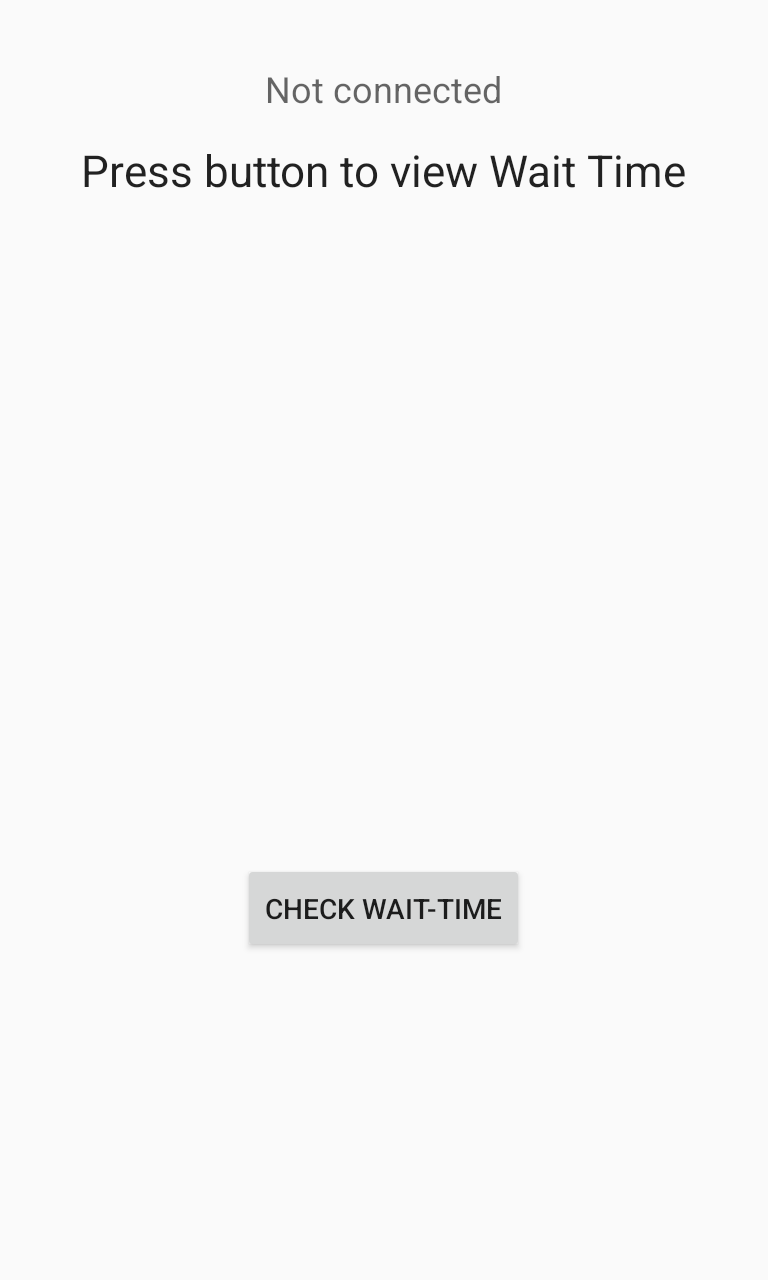
Repository: manasvikaranam/Wait-time-estimation-on-smartphone
Layout: Wait'N'Watch/res/layout/activity_main.xml
These files come from the project's save history. The layout is drawn as it stood at one moment and after the next save; the edit follows.
It is drawn on a 768 x 1280 px phone screen (xhdpi) without system bars, with theme AppTheme; the app's code is not run.

Above is the layout before, as saved 2015-03-03 00:02:13.

### Wait'N'Watch/res/layout/activity_main.xml
<RelativeLayout xmlns:android="http://schemas.android.com/apk/res/android"
    xmlns:tools="http://schemas.android.com/tools"
    android:layout_width="match_parent"
    android:layout_height="match_parent"
    android:paddingBottom="@dimen/activity_vertical_margin"
    android:paddingLeft="@dimen/activity_horizontal_margin"
    android:paddingRight="@dimen/activity_horizontal_margin"
    android:paddingTop="@dimen/activity_vertical_margin"
    tools:context="com.example.waitnwatch.layouts.MainActivity" >
    <Button
        android:id="@+id/checkWaitTime"
        android:layout_width="wrap_content"
        android:layout_height="wrap_content"
        android:layout_alignParentBottom="true"
        android:layout_centerHorizontal="true"
        android:layout_marginBottom="146dp"
        android:text="@string/checkWaitTime"
        android:onClick="checkWaitTime" />

    <TextView
        android:id="@+id/waitTimeView"
        android:layout_width="wrap_content"
        android:layout_height="wrap_content"
        android:layout_below="@+id/textView1"
        android:layout_centerHorizontal="true"
        android:layout_marginTop="54dp"
        android:text="@string/waitTimeView"
        android:textAppearance="?android:attr/textAppearanceLarge" />

    <TextView
        android:id="@+id/status"
        android:layout_width="wrap_content"
        android:layout_height="wrap_content"
        android:layout_alignParentTop="true"
        android:layout_centerHorizontal="true"
        android:layout_marginTop="16dp"
        android:text="Not connected"
        android:textAppearance="?android:attr/textAppearanceMedium" />

</RelativeLayout>

### Wait'N'Watch/res/values/strings.xml
<?xml version="1.0" encoding="utf-8"?>
<resources>

    <string name="app_name">Wait\'N\'Watch</string>
    <string name="hello_world">Hello world! I am Rohit</string>
    <string name="action_settings">Settings</string>
    <string name="checkWaitTime">Check Wait-Time</string>
    <string name="waitTimeView">Press button to view Wait Time</string>

</resources>

Loaded but not shown: Wait'N'Watch/res/values/styles.xml (common file); Wait'N'Watch/res/values-v11/styles.xml (common file); Wait'N'Watch/res/values-v14/styles.xml (common file); Wait'N'Watch/res/values/dimens.xml (common file); Wait'N'Watch/res/values-w820dp/dimens.xml (common file)

After the next save:
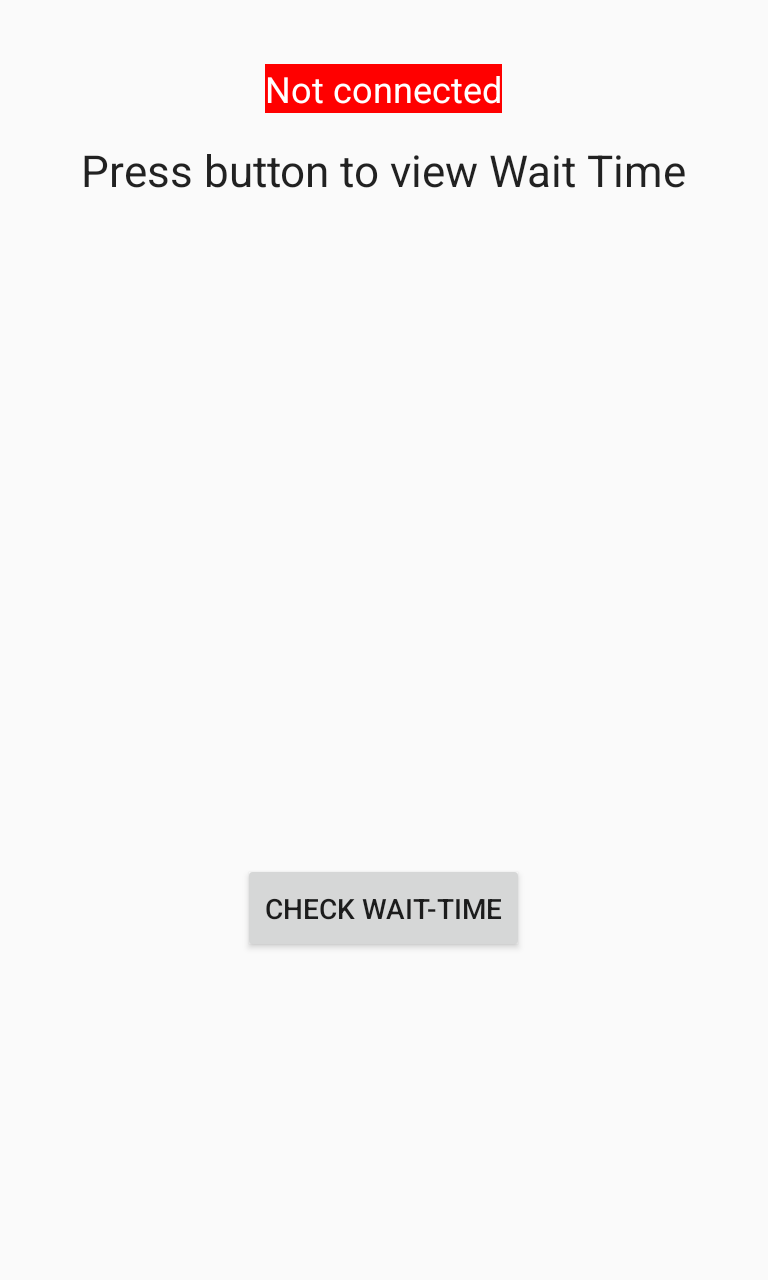
Saved 20 s later.
--- a/Wait'N'Watch/res/layout/activity_main.xml
+++ b/Wait'N'Watch/res/layout/activity_main.xml
@@ -33,6 +33,8 @@
         android:layout_height="wrap_content"
         android:layout_alignParentTop="true"
         android:layout_centerHorizontal="true"
+        android:background="#FF0000"
+        android:textColor="#FFF"
         android:layout_marginTop="16dp"
         android:text="Not connected"
         android:textAppearance="?android:attr/textAppearanceMedium" />
